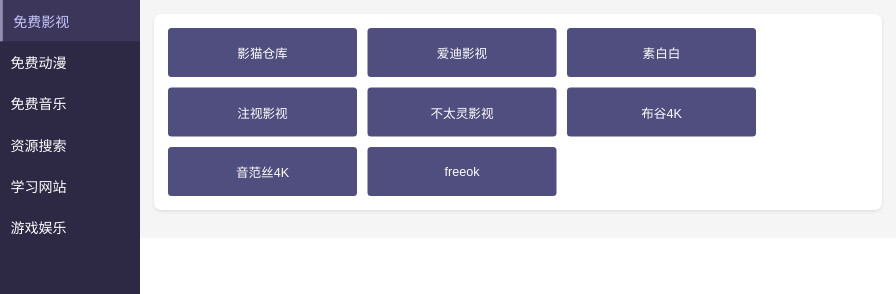
Repository: D-cocoa/D-cocoa.github.io
Page: index.html
These files come from the project's save history. The page is drawn as it stood at one moment and after the next save; the edit follows.
The browser window is 1280 px wide. The pictures show the part of the page from y = 300 to 2200 px (the page is 720 px tall before and 2208 px after), at 70% of full size.

Above is the page before, as saved 2025-02-05 15:07:05.

### index.html
<!DOCTYPE html>
<html lang="zh-CN">
<head>
    <meta charset="UTF-8">
    <meta name="viewport" content="width=device-width, initial-scale=1.0">
    <title>自娱自乐</title>
    <style>
        body {
            font-family: Arial, sans-serif;
            margin: 0;
            padding: 0;
        }
        #search-container {
            position: fixed;
            top: 0;
            left: 0;
            right: 0;
            height: 300px;
            background-image: url('https://10wallpaper.com/wallpaper/1366x768/2409/Starry_Sky_Badlands_Mountains_Night_Peak_5K_1366x768.jpg');
            background-size: cover;
            background-position: center;
            background-repeat: no-repeat;
            display: flex;
            justify-content: center;
            align-items: center;
            z-index: 10;
        }
        #search-wrapper {
            position: relative;
            width: 50%;
        }
        #search-input {
            width: 100%;
            padding: 10px 40px 10px 10px;
            border: none;
            font-size: 18px;
            background-color: rgba(255, 255, 255, 0.8);
            border-radius: 20px;
        }
        #search-icon {
            position: absolute;
            right: 10px;
            top: 50%;
            transform: translateY(-50%);
            cursor: pointer;
            width: 24px;
            height: 24px;
        }
        #sidebar {
            width: 200px;
            background-color: rgb(45, 41, 68);
            position: fixed;
            left: 0;
            top: 300px;
            bottom: 0;
            overflow-y: auto;
        }
        #sidebar ul {
            list-style-type: none;
            padding: 0;
            margin: 0;
        }
        #sidebar li a {
            color: white;
            text-decoration: none;
            padding: 15px;
            display: block;
            font-family: "华文行楷", "楷体", cursive;
            font-size: 20px;
            transition: all 0.3s ease;  /* 添加平滑过渡效果 */
        }
        #sidebar li a:hover {
            background-color: rgb(50, 45, 75);  /* 稍深的紫色，与激活状态协调 */
            color: rgb(190, 190, 255);  /* 略微发亮的文字 */
            border-left: 4px solid rgb(127, 122, 157);  /* 浅紫色边框 */
        }
        #sidebar li a.active {
            background-color: rgb(60, 55, 90);  /* 当前的深紫色背景 */
            border-left: 4px solid rgb(147, 142, 177);  /* 当前的浅紫色边框 */
            color: rgb(200, 200, 255);  /* 当前的亮色文字 */
        }
        #sidebar li a.active:hover {
            background-color: rgb(65, 60, 95);  /* 比激活状态稍亮一点 */
            border-left: 4px solid rgb(157, 152, 187);  /* 比激活状态稍亮一点 */
        }
        #content {
            margin-left: 200px;
            padding: 320px 20px 20px;
            background-color: #f5f5f5;
        }
        .section {
            background-color: white;
            border-radius: 10px;
            box-shadow: 0 2px 5px rgba(0,0,0,0.1);
            margin-bottom: 20px;
            overflow: hidden;
        }
        .section.active {
            display: block;
        }

        #profile-container {
            position: fixed;
            top: 20px;
            left: 20px;
            display: flex;
            align-items: center;
            z-index: 20;
        }
        #avatar {
            width: 50px;
            height: 50px;
            margin-right: 10px;
            border-radius: 50%;
        }
        #author-name {
            color: white;
            font-size: 24px;
            margin-right: 70px;
            font-family: "华文行楷", "楷体", cursive;
            text-shadow: 2px 2px 4px rgba(0,0,0,0.5);
            letter-spacing: 2px;
        }
        #wechat-icon {
            width: 48px;
            height: 48px;
            cursor: pointer;
            position: relative;
        }
        #wechat-icon img {
            width: 100%;
            height: 100%;
            border-radius: 50%;
        }
        #wechat-qr {
            display: none;
            position: absolute;
            top: 100%;
            left: 0;
            width: 150px;
            height: auto;
        }
        #wechat-qr img {
            width: 100%;
            height: auto;
            display: block;
            border-radius: 0;
        }
        #wechat-icon:hover #wechat-qr {
            display: block;
        }

        @media (max-width: 768px) {
            #search-container {
                height: 200px;
            }
            #search-wrapper {
                width: 80%;
            }
            #sidebar {
                top: 200px;
            }
            #content {
                padding-top: 220px;
            }
        }

        .site-container {
            display: flex;
            flex-wrap: wrap;
            gap: 15px;
            padding: 20px;
        }

        .site-link {
            display: flex;
            align-items: center;
            justify-content: center;
            width: 250px; /* 固定宽度为 250px */
            min-height: 50px; /* 最小高度，可以根据需要调整 */
            padding: 10px;
            background-color: rgb(80, 78, 127);
            color: white;
            text-decoration: none;
            border-radius: 5px;
            font-size: 18px; /* 增大字体大小 */
            transition: background-color 0.3s;
            text-align: center;
            word-break: break-word; /* 允许长单词换行 */
        }

        .site-link:hover {
            background-color: rgb(100, 98, 147);
        }

        /* 内容区域的显示控制 */
        .section {
            display: none;  /* 默认隐藏所有内容 */
        }

        .section.active {
            display: block;  /* 显示激活的内容 */
        }
    </style>
</head>
<body>
    <div id="profile-container">
        <img id="avatar" src="./images/头像.jpg" alt="我的头像">
        <span id="author-name">一叶之秋</span>
        <div id="wechat-icon">
            <img src="./images/weixin.png" alt="微信图标" width="48" height="48">
            <div id="wechat-qr">
                <img src="./images/加好友.jpg" alt="微信二维码">
            </div>
        </div>
    </div>

    <div id="search-container">
        <div id="search-wrapper">
            <input type="text" id="search-input" placeholder="站内搜索...">
            <img id="search-icon" src="./images/搜索图标.png" alt="搜索">
        </div>
    </div>

    <nav id="sidebar">
        <ul id="nav-list">
            <!-- 导航项将通过JavaScript动态添加 -->
        </ul>
    </nav>

    <div id="content">
        <!-- 内容区域将通过JavaScript动态添加 -->
    </div>

    <script>
        function fetchNavData() {
            // 将导航资源.txt的内容直接粘贴在这里
            const data = `免费影视:
影猫仓库,https://ymck.pro/
爱迪影视,https://adys.tv/
素白白,https://www.subaibaiys.com/
注视影视,https://gaze.run/?ref=yinghe.app
不太灵影视,https://www.7bt0.com/
布谷4K,https://www.bugutv.org/
音范丝4K,https://www.yinfans.me/page/140?ivk_sa=1025922p
freeok,https://www.freeok.vip/

免费动漫:
风车动漫,http://yuanjinjuan.com/
克拉TV,https://www.kelatv.com/
MX动漫,https://www.mxdmp.com/
樱花动漫,http://www.yinghua8.io/
宫下动漫,https://www.iyxdm.one/
奇米动漫,http://www.qimiqimi.net/

免费音乐:
音乐搜索器,http://www.xmsj.org/
freeMp3,http://tool.liumingye.cn/music/?page=searchPage
放屁网,https://www.fangpi.net/
音悦网,https://www.yinyuetai.com/
下载吧,https://xiageba.com/
muscienc,https://www.musicenc.com/
熊猫无损,https://www.xmwav.com/

资源搜索:
克隆窝,https://www.xmwav.com/
剥壳,https://www.ghxi.com/
小纸条,https://ali.gitcafe.ink/
资源帝电子书,https://shu.ziyuandi.cn/
小白盘,https://www.xiaobaipan.com/
乐学多思,https://www.lexueduosi.com/#/

学习网站:
国家高等教育平台,https://www.chinaooc.com.cn/
国家职业教育平台,https://www.smartedu.cn/special/TeacherTrainingW2024
国家哲学社会科学文献中心,https://www.ncpssd.org/
终身教育平台,https://le.ouchn.cn/home
考试酷,https://www.examcoo.com/
数学公式,https://mathsolver.microsoft.com/zh

游戏娱乐:
嗅灵数娱,https://www.linggo.top/
520,https://www.gamer520.com/
在线dos,https://dos.lol/
游戏星空,https://gamestarfield.com/`;

            const navData = parseNavData(data);
            createNavigation(navData);
        }

        function parseNavData(text) {
            const lines = text.split('\n');
            const navData = {};
            let currentCategory = '';

            lines.forEach(line => {
                line = line.trim();
                if (line.endsWith(':')) {
                    currentCategory = line.slice(0, -1);
                    navData[currentCategory] = [];
                } else if (line && currentCategory) {
                    const [name, url] = line.split(',');
                    if (name && url) {
                        navData[currentCategory].push([name.trim(), url.trim()]);
                    }
                }
            });

            return navData;
        }

        function createNavigation(navData) {
            const navList = document.getElementById('nav-list');
            const contentDiv = document.getElementById('content');

            // 清空现有内容
            navList.innerHTML = '';
            contentDiv.innerHTML = '';

            // 创建导航菜单和内容
            let isFirst = true;  // 用于标记第一个项目
            for (const [category, sites] of Object.entries(navData)) {
                // 添加导航项
                const li = document.createElement('li');
                const a = document.createElement('a');
                a.href = `#${category}`;
                a.textContent = category;
                if (isFirst) {
                    a.classList.add('active');  // 第一个导航项默认激活
                }
                li.appendChild(a);
                navList.appendChild(li);

                // 创建对应的内容区域
                const section = document.createElement('div');
                section.id = category;
                section.className = 'section';
                if (isFirst) {
                    section.classList.add('active');  // 第一个内容区域默认显示
                    isFirst = false;
                }

                const siteContainer = document.createElement('div');
                siteContainer.className = 'site-container';
                for (const [siteName, siteUrl] of sites) {
                    const siteLink = document.createElement('a');
                    siteLink.href = siteUrl;
                    siteLink.textContent = siteName;
                    siteLink.className = 'site-link';
                    siteLink.target = "_blank";
                    siteContainer.appendChild(siteLink);
                }
                section.appendChild(siteContainer);
                contentDiv.appendChild(section);
            }

            // 添加导航点击事件
            const links = document.querySelectorAll('#sidebar a');
            const sections = document.querySelectorAll('.section');

            links.forEach(link => {
                link.addEventListener('click', function(e) {
                    e.preventDefault();

                    // 移除所有导航项的激活状态
                    links.forEach(l => l.classList.remove('active'));
                    // 添加当前点击项的激活状态
                    this.classList.add('active');

                    // 获取目标内容区域
                    const targetId = this.getAttribute('href').substring(1);

                    // 隐藏所有内容区域
                    sections.forEach(section => {
                        section.classList.remove('active');
                    });

                    // 显示目标内容区域
                    document.getElementById(targetId).classList.add('active');
                });
            });
        }

        // 初始加载导航数据
        fetchNavData();

        // 搜索功能
        document.getElementById('search-input').addEventListener('input', function() {
            const searchTerm = this.value.toLowerCase();
            const sections = document.querySelectorAll('.section');

            sections.forEach(section => {
                const text = section.textContent.toLowerCase();
                if (text.includes(searchTerm)) {
                    section.style.display = 'block';
                } else {
                    section.style.display = 'none';
                }
            });
        });

        document.getElementById('search-icon').addEventListener('click', function() {
            const searchInput = document.getElementById('search-input');
            const searchTerm = searchInput.value.toLowerCase();
            const sections = document.querySelectorAll('.section');

            sections.forEach(section => {
                const text = section.textContent.toLowerCase();
                if (text.includes(searchTerm)) {
                    section.style.display = 'block';
                } else {
                    section.style.display = 'none';
                }
            });
        });
    </script>
</body>
</html>

After the next save:
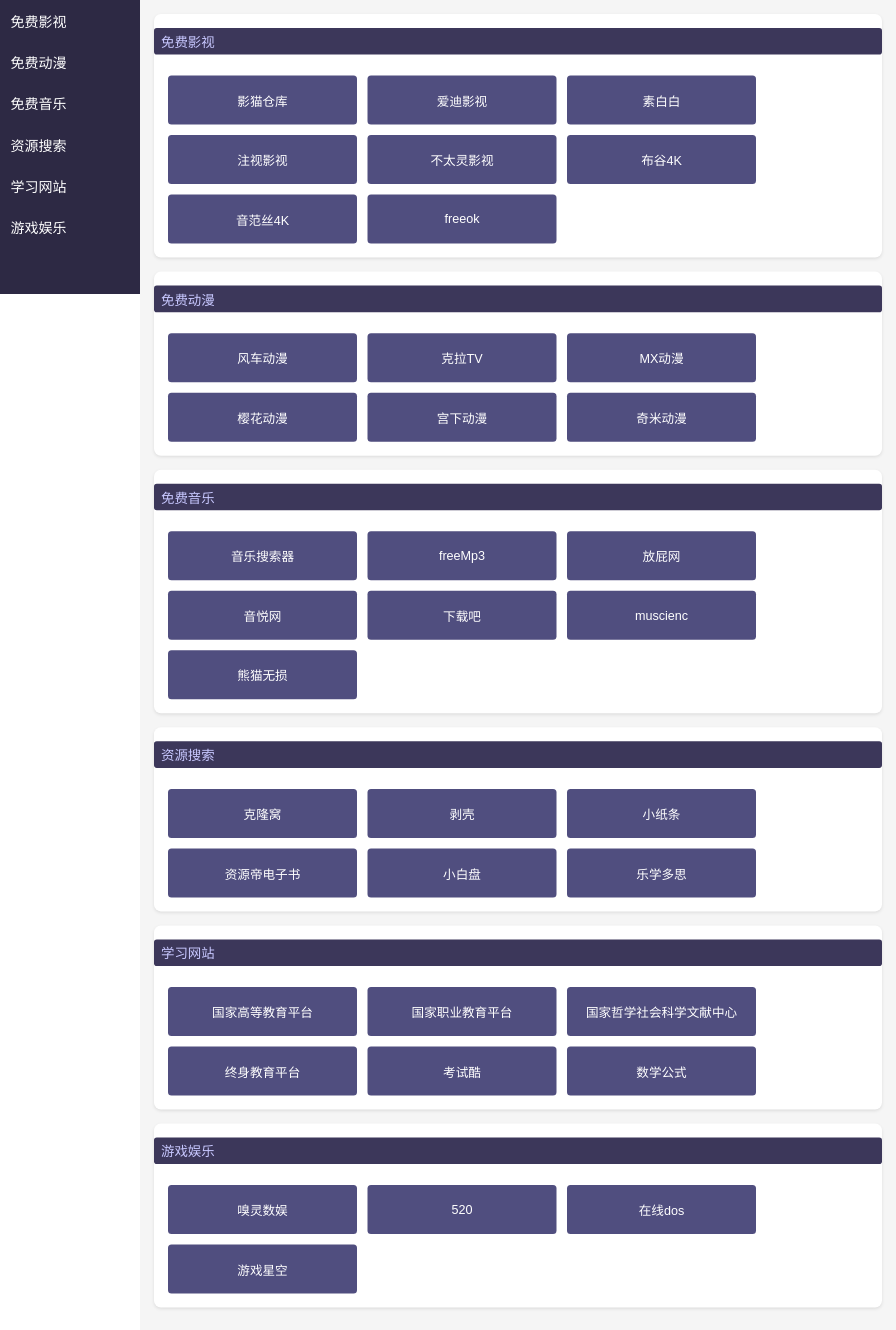
Saved 102 s later.
--- a/index.html
+++ b/index.html
@@ -94,6 +94,7 @@
             box-shadow: 0 2px 5px rgba(0,0,0,0.1);
             margin-bottom: 20px;
             overflow: hidden;
+            display: block;  /* 改为默认显示所有内容 */
         }
         .section.active {
             display: block;
@@ -193,13 +194,14 @@
             background-color: rgb(100, 98, 147);
         }
 
-        /* 内容区域的显示控制 */
-        .section {
-            display: none;  /* 默认隐藏所有内容 */
-        }
-
-        .section.active {
-            display: block;  /* 显示激活的内容 */
+        /* 可以添加分类标题 */
+        .section-title {
+            font-size: 1.2em;
+            color: rgb(200, 200, 255);
+            margin: 20px 0 10px 0;
+            padding: 5px 10px;
+            background-color: rgb(60, 55, 90);
+            border-radius: 4px;
         }
     </style>
 </head>
@@ -318,16 +320,12 @@ muscienc,https://www.musicenc.com/
             contentDiv.innerHTML = '';
 
             // 创建导航菜单和内容
-            let isFirst = true;  // 用于标记第一个项目
             for (const [category, sites] of Object.entries(navData)) {
                 // 添加导航项
                 const li = document.createElement('li');
                 const a = document.createElement('a');
                 a.href = `#${category}`;
                 a.textContent = category;
-                if (isFirst) {
-                    a.classList.add('active');  // 第一个导航项默认激活
-                }
                 li.appendChild(a);
                 navList.appendChild(li);
 
@@ -335,10 +333,12 @@ muscienc,https://www.musicenc.com/
                 const section = document.createElement('div');
                 section.id = category;
                 section.className = 'section';
-                if (isFirst) {
-                    section.classList.add('active');  // 第一个内容区域默认显示
-                    isFirst = false;
-                }
+
+                // 添加分类标题
+                const title = document.createElement('div');
+                title.className = 'section-title';
+                title.textContent = category;
+                section.appendChild(title);
 
                 const siteContainer = document.createElement('div');
                 siteContainer.className = 'site-container';
@@ -354,10 +354,8 @@ muscienc,https://www.musicenc.com/
                 contentDiv.appendChild(section);
             }
 
-            // 添加导航点击事件
+            // 导航点击事件 - 滚动到对应位置
             const links = document.querySelectorAll('#sidebar a');
-            const sections = document.querySelectorAll('.section');
-
             links.forEach(link => {
                 link.addEventListener('click', function(e) {
                     e.preventDefault();
@@ -367,16 +365,10 @@ muscienc,https://www.musicenc.com/
                     // 添加当前点击项的激活状态
                     this.classList.add('active');
 
-                    // 获取目标内容区域
+                    // 滚动到对应区域
                     const targetId = this.getAttribute('href').substring(1);
-
-                    // 隐藏所有内容区域
-                    sections.forEach(section => {
-                        section.classList.remove('active');
-                    });
-
-                    // 显示目标内容区域
-                    document.getElementById(targetId).classList.add('active');
+                    const targetSection = document.getElementById(targetId);
+                    targetSection.scrollIntoView({ behavior: 'smooth' });
                 });
             });
         }
